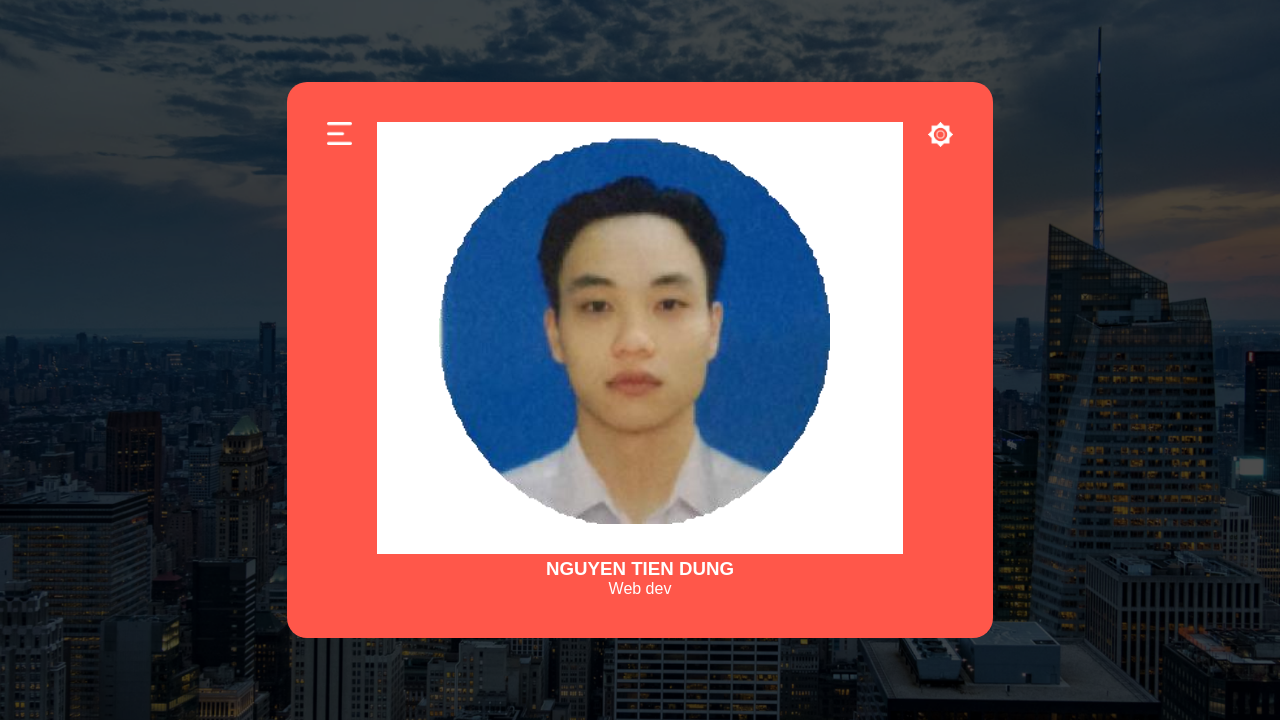
Repository: linhvuong864/profile
Page: Nguyen Tien Dung/index.html
The author's editor kept a copy of each file at every save. The page is drawn from the files as they stood at one save, then again after the next save.
The browser window is 1280 px wide. The pictures show the whole page.

Above is the page before, as saved 2023-02-27 23:32:05.

After the next save:
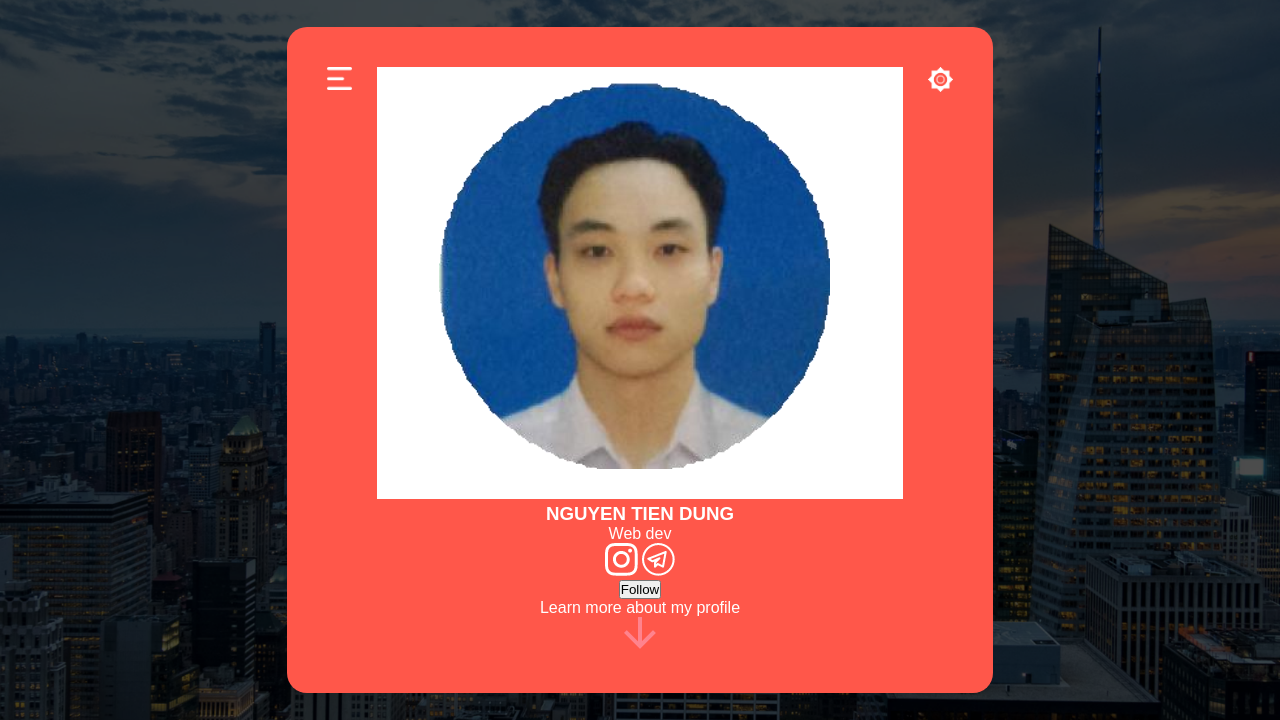
Saved 3 min 57 s later.
--- a/Nguyen Tien Dung/index.html
+++ b/Nguyen Tien Dung/index.html
@@ -15,6 +15,15 @@
         <img src="images/profile-pic.png" class="profile-pic">
         <h3>NGUYEN TIEN DUNG</h3>
         <p>Web dev</p>
+        <div class="social-media">
+            <img src="images/instagram.png" >
+            <img src="images/telegram.png" >
+        </div>
+        <button type="button">Follow</button>
+        <div class="profile-bottom">
+            <p>Learn more about my profile</p>
+            <img src="images/arrow.png" alt="">
+        </div>
       </div>
     </div>
   </body>
